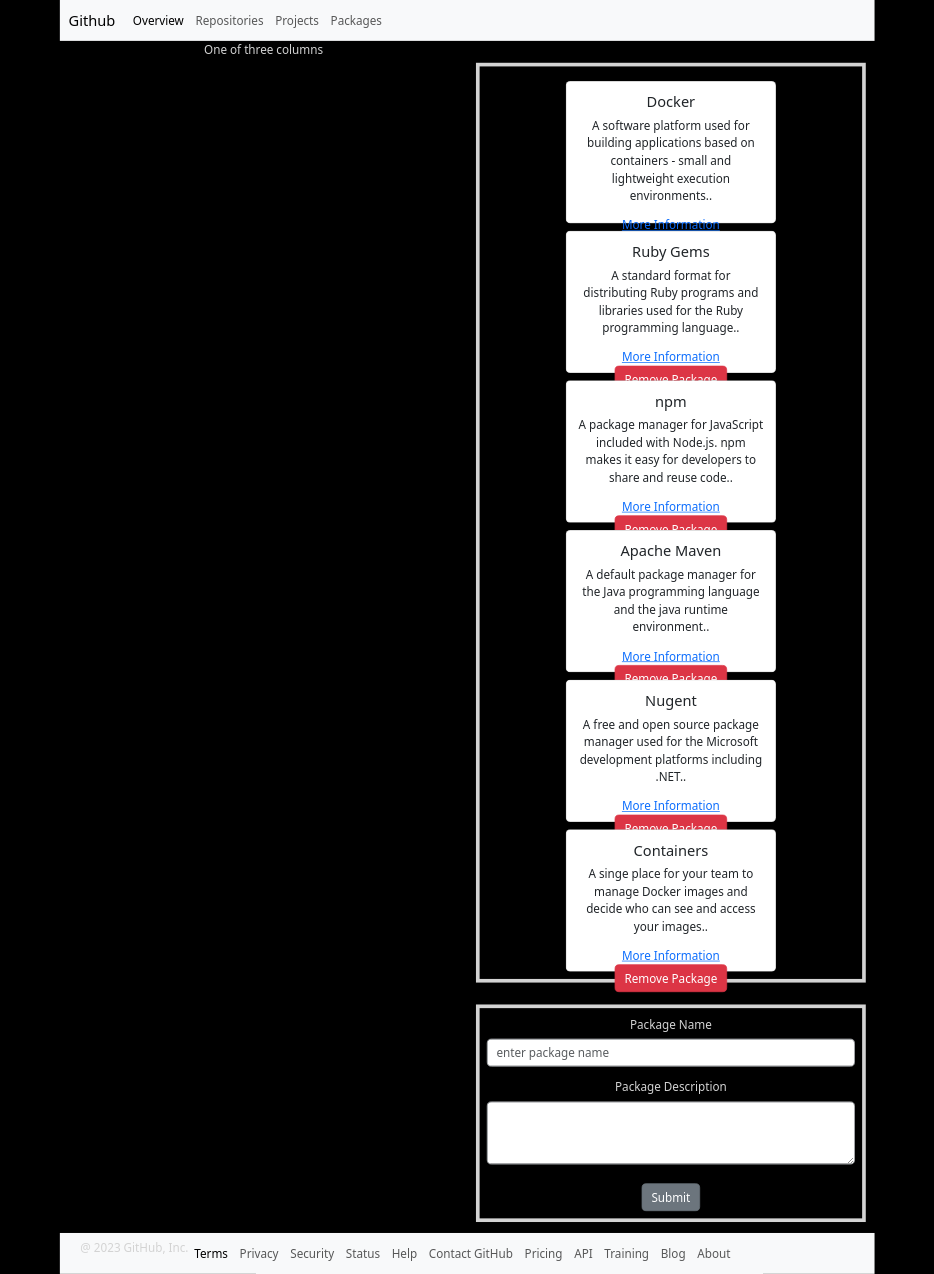
Repository: nss-evening-cohort-E23/gitsub-pull-request-posse
Page: packages.html
The author's editor kept a copy of each file at every save. The page is drawn from the files as they stood at one save, then again after a run of saves.
The browser window is 1280 px wide. The pictures show the whole page, at 73% of full size.

Above is the page before, as saved 2023-05-09 19:26:53.

After the next 5 saves:
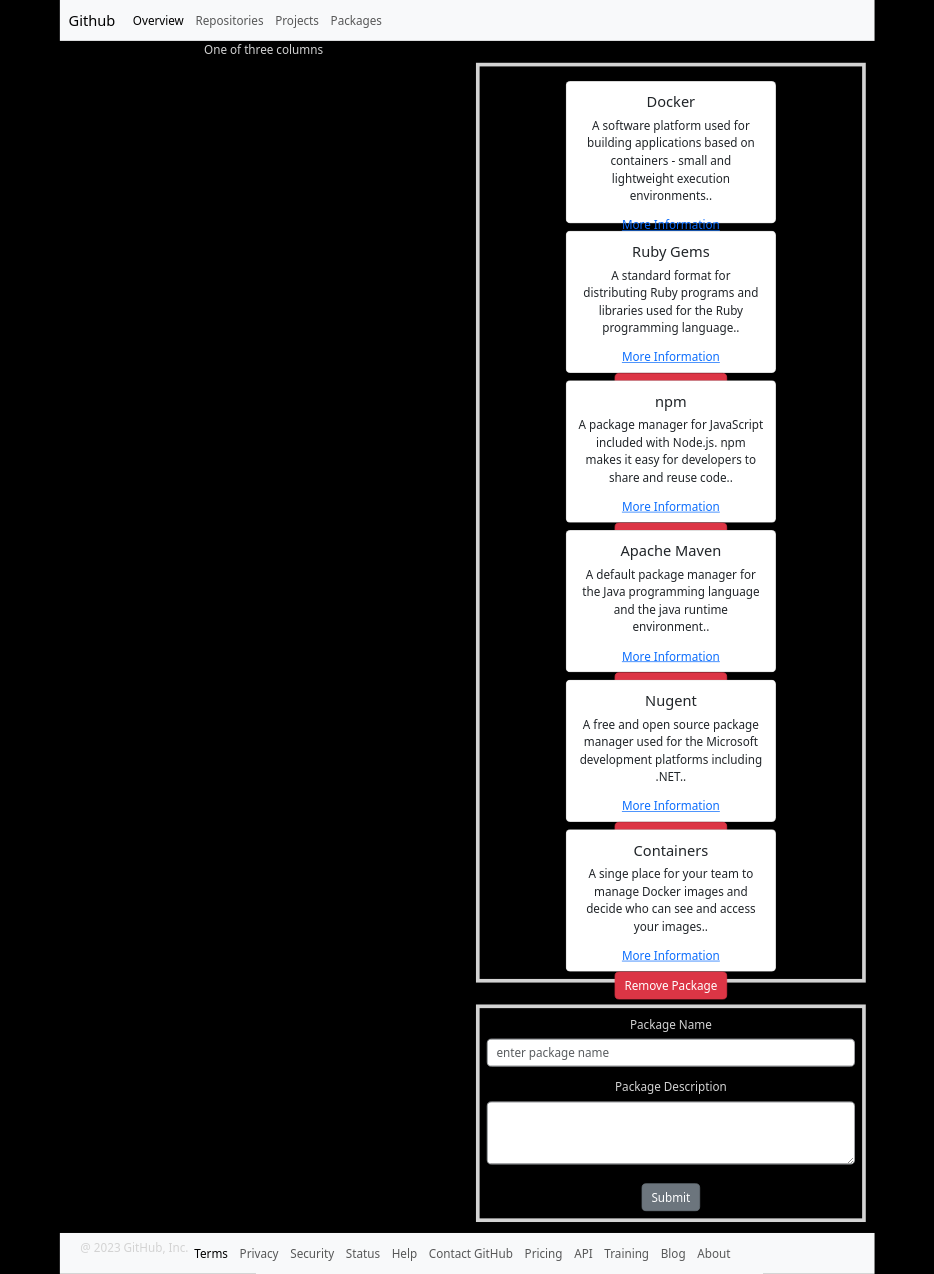
The 5 saves are shown as one change because they came seconds apart.
The last was saved 13 s later.
--- a/packages.css
+++ b/packages.css
@@ -59,4 +59,6 @@
   margin-top: 10px;
 }
 
-.bt
+.btn-danger {
+  margin-top: 10px;
+}
